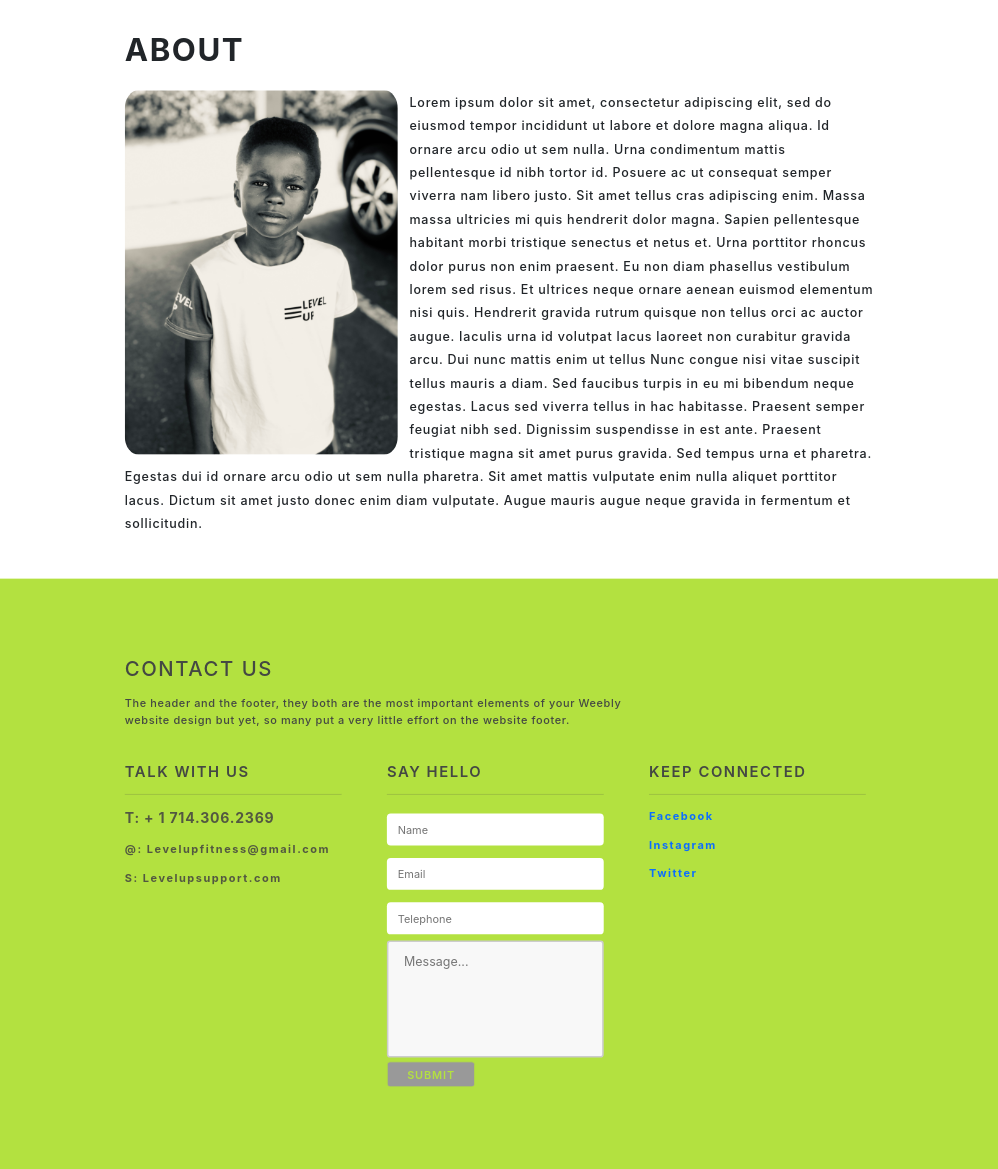
Repository: Bojurie/Level-up
Page: /about (app in client/)
An editor plug-in stored every save of this project. The page is shown before and after the next save, followed by the edit.
The browser window is 1280 px wide. The pictures show the part of the page from y = 346 to 1845 px (the page is 1845 px tall), at 78% of full size.
Some web fonts or font styles are not loaded; a fallback is used. Some web libraries are served in a nearby version. The project was rebuilt for these pictures with package versions that can differ from the ones it lists, and the page was loaded fresh each time. Also part of the build but not shown: client/src/components/Carousel.js, client/src/components/HomeVlog.css, client/src/components/HomeVlog.js, client/src/components/homeProducts.css, client/src/components/HomeProducts.js, client/src/components/Card.js, client/src/components/HomeShop.css, client/src/components/HomeShop.js and 10 more. Imported but missing from the stored project, and not drawn on this page: client/src/components/Chart.

Above is the page before, as saved 2022-11-30 04:14:37.

### client/public/index.html
<!DOCTYPE html>
<html lang="en">
  <head>
    <meta charset="utf-8" />
    <link rel="icon" href="%PUBLIC_URL%/favicon.ico" />
    <meta name="viewport" content="width=device-width, initial-scale=1" />
    <meta name="theme-color" content="#000000" />
    <meta
      name="description"
      content="Web site created using create-react-app"
    />
    <link rel="apple-touch-icon" href="%PUBLIC_URL%/logo192.png" />
    <link rel="manifest" href="%PUBLIC_URL%/manifest.json" />

    <link rel="preconnect" href="https://fonts.googleapis.com" />
    <link rel="preconnect" href="https://fonts.gstatic.com" crossorigin />
    <link
      href="https://fonts.googleapis.com/css2?family=Asap+Condensed:ital,wght@0,400;0,500;1,400&family=Chivo:wght@300;400&family=Jura:wght@300;400;500;600;700&family=Lato:ital,wght@0,400;0,700;1,400&family=Nunito+Sans:wght@400;600&family=Oswald:wght@300;500;700&family=Playball&family=Roboto:ital,wght@0,400;0,500;1,500&family=Wallpoet&display=swap"
      rel="stylesheet"
    />

    <link
      rel="stylesheet"
      href="https://cdn.jsdelivr.net/npm/bootstrap@5.1.3/dist/css/bootstrap.min.css"
      integrity="sha384-1BmE4kWBq78iYhFldvKuhfTAU6auU8tT94WrHftjDbrCEXSU1oBoqyl2QvZ6jIW3"
      crossorigin="anonymous"
    />
    <script
      src="https://kit.fontawesome.com/5ffdb52964.js"
      crossorigin="anonymous"
    ></script>
    <title>React App</title>
    <script
      src="https://kit.fontawesome.com/5ffdb52964.js"
      crossorigin="anonymous"
    ></script>
  </head>
  <body>
    <noscript>You need to enable JavaScript to run this app.</noscript>
    <div id="root"></div>
    <!--
      This HTML file is a template.
      If you open it directly in the browser, you will see an empty page.

      You can add webfonts, meta tags, or analytics to this file.
      The build step will place the bundled scripts into the <body> tag.

      To begin the development, run `npm start` or `yarn start`.
      To create a production bundle, use `npm run build` or `yarn build`.
    -->
  </body>
</html>

### client/src/App.js
import React from 'react';
// import { BrowserRouter as Router, Route, Routes } from 'react-router-dom';
import { BrowserRouter as Router, Route, Routes} from 'react-router-dom'


import Home from './pages/Home';
import About from './pages/About';
import Shop from './pages/Shop';
import Contact from './pages/Contact';
import Navbar from './components/Navbar';
import Footer from './components/Footer';
import LogIn from './pages/LogIn';
import Register from './pages/Register';
import Chart from './components/Chart';
import Vlog from './pages/Vlog';

import {DataProvider} from './components/Context'


function App() {

  return (
        <Router>
          <DataProvider>
          <Navbar />
          <Routes>
              <Route path='/' element={<Home />} />
              <Route path='/about' element={<About />} />
              <Route path='/contact' element={<Contact />} />
              <Route path='/shop' element={<Shop />} />
              <Route path='/vlog' element={<Vlog />} />
              <Route path='/login' element={<LogIn/>} />
              <Route path='/register' element={<Register />} />
              <Route path='/chart' element={<Chart/>} />
          </Routes>
          <Footer />
          </DataProvider>
        </Router>
  );
}

export default App;

### client/src/pages/About.js
import React from 'react';
import './About.css';

import DarkImage from '../images/IMG_5367.jpg'
import { FormTitle } from '../components/FormTitle';
const imgse = DarkImage;

const About = () => {
  const paragraph = "Lorem ipsum dolor sit amet, consectetur adipiscing elit, sed do eiusmod tempor incididunt ut labore et dolore magna aliqua. Id ornare arcu odio ut sem nulla. Urna condimentum mattis pellentesque id nibh tortor id. Posuere ac ut consequat semper viverra nam libero justo. Sit amet tellus cras adipiscing enim. Massa massa ultricies mi quis hendrerit dolor magna. Sapien pellentesque habitant morbi tristique senectus et netus et. Urna porttitor rhoncus dolor purus non enim praesent. Eu non diam phasellus vestibulum lorem sed risus. Et ultrices neque ornare aenean euismod elementum nisi quis. Hendrerit gravida rutrum quisque non tellus orci ac auctor augue. Iaculis urna id volutpat lacus laoreet non curabitur gravida arcu. Dui nunc mattis enim ut tellus   Nunc congue nisi vitae suscipit tellus mauris a diam. Sed faucibus turpis in eu mi bibendum neque egestas. Lacus sed viverra tellus in hac habitasse. Praesent semper feugiat nibh sed. Dignissim suspendisse in est ante. Praesent tristique magna sit amet purus gravida. Sed tempus urna et pharetra. Egestas dui id ornare arcu odio ut sem nulla pharetra. Sit amet mattis vulputate enim nulla aliquet porttitor lacus. Dictum sit amet justo donec enim diam vulputate. Augue mauris augue neque gravida in fermentum et sollicitudin."
  return (
    <div className='about'>
    <FormTitle className="sign-in-form__title" text="About Us " />
      <div className=''>
          <div className='aboutContainer'>
            <h1>About</h1>
            <div className='aboutContent'>
              <div className='aboutParagraph'>
                <img src={imgse} alt='pic '/>
                <p>{paragraph}</p>
              </div>
            </div>
          </div>
      </div>
    </div>
  );
}

export default About;

### client/src/components/Navbar.js
import React from 'react';
import { Link } from 'react-router-dom';

import './Navbar.css'
import Logo from '../images/Logo.png'



const Navbar = () => {
  return (
    <nav className='navbar'>
      <div className='navbar-wrapper'>
        <Link to='/' className='logo'>
            <img src={Logo} alt='logo' />
        </Link>
        <ul className='navbar-links'>
            <Link to='/' >Home </Link>
            <Link to='/shop'> Shop</Link>
            <Link to='/Vlog'> V-Log</Link>
            <Link to='/about'> About</Link>
            <Link to='/contact'> Contact</Link>
            <Link to='/login'> Login </Link>
            <Link to='/register'>SignUp</Link>
            <Link to='/chart'><i class="fa-solid fa-cart-shopping"></i></Link>

        </ul>
      </div>

    </nav>
  );
}

export default Navbar;

### client/src/components/Footer.js
import React from 'react';
import { Link } from 'react-router-dom';
  import { FontAwesomeIcon } from '@fortawesome/react-fontawesome'
  import { instagram } from '@fortawesome/free-solid-svg-icons'

import './Footer.css';

const Footer = () => {
  return (
    <div className='footer'>
      <div className='footer-wrapper'>
        <div className='footer-header-wrapper'>
          <div className='footer-header'>
            <h1>Contact Us</h1>
          </div>
          <div className='footer-paragraph'>
            <p>The header and the footer, they both are the most important elements of your Weebly website design but yet, so many put a very little effort on the website footer.</p>
          </div>

        </div>
        <div className='footer-nav-content'>
            <div className='footer-navs-left'>
              <h3>Talk With Us</h3><hr/>
              <div className='footer-contact'>
                <div className='tel'>
                  <p>T: + 1 714.306.2369</p>
                </div>
                <div className='email'>
                  <p>@: Levelupfitness@gmail.com</p>
                </div>
                <div className='support'>
                  <p>S: Levelupsupport.com</p>
                </div>

              </div>

            </div>
            <div className='footer-navs-middle'>
                <h3>Say Hello</h3><hr/>
              <div className='footer-form'>

                  <form className='form'>
                    <input type='text' placeholder=' Name' />
                    <input type='text' placeholder=' Email' />
                    <input type='text' placeholder=' Telephone' />
                    <textarea placeholder='Message...' />
                  </form>
                  <div className='form-btn'>
                    <input type='submit' placeholder='' />
                  </div>

              </div>
            </div>
            <div className='footer-navs-right'>
              <h3>Keep Connected</h3><hr/>
              <div className='social-media'>
                <p><Link to='/'>Facebook</Link></p>
                <p><Link to='/'><FontAwesomeIcon icon="fa-brands fa-instagram" /> Instagram</Link></p>
                <p><Link to='/'>Twitter</Link></p>

              </div>

            </div>
        </div>


      </div>
    </div>
  );
}

export default Footer;

### client/src/components/Context.js
import React,{Component} from 'react';
export const DataContext = React.createContext();

export class DataProvider extends Component {
  constructor(props) {
    super(props)

    this.state = {
       products: [
         {
          "_id": "1",
          "title": "Level-Up Sweat Pant",
          "src": "https://images.unsplash.com/photo-1618354691373-d851c5c3a990?ixlib=rb-1.2.1&ixid=MnwxMjA3fDB8MHxwaG90by1wYWdlfHx8fGVufDB8fHx8&auto=format&fit=crop&w=658&q=80",
          "description": "Classic fit for running and outdoor activities.",
          "price": 39,
          "colors": ["red", "blue", "black"],
          "count": 2,
         },
         {
          "_id": "2",
          "title": "Kids Level-Up SweatPant",
          "src": "https://images.unsplash.com/flagged/photo-1555895312-bbc472c964f3?ixlib=rb-1.2.1&ixid=MnwxMjA3fDB8MHxwaG90by1wYWdlfHx8fGVufDB8fHx8&auto=format&fit=crop&w=388&q=80",
          "description": "Kids track sweatsuit for running or leisure activities",
          "price": 20,
          "colors": ["red", "blue", "black"],
          "count": 2,
         },
         {
          "_id": "3",
          "title": "Level Up Tank Top",
          "src": "https://images.unsplash.com/photo-1618354691373-d851c5c3a990?ixlib=rb-1.2.1&ixid=MnwxMjA3fDB8MHxwaG90by1wYWdlfHx8fGVufDB8fHx8&auto=format&fit=crop&w=658&q=80",
          "description": "description",
          "price": 20,
          "colors": ["red", "blue", "black"],
          "count": 2,
         },
         {
          "_id": "4",
          "title": "Level Up T-Shirt",
          "src": "https://images.unsplash.com/photo-1618354691373-d851c5c3a990?ixlib=rb-1.2.1&ixid=MnwxMjA3fDB8MHxwaG90by1wYWdlfHx8fGVufDB8fHx8&auto=format&fit=crop&w=658&q=80",
          "description": "description",
          "price": 20,
          "colors": ["red", "blue", "black"],
          "count": 2,
         },
         {
          "_id": "5",
          "title": "Level Up Sweater",
          "src": "https://images.unsplash.com/photo-1618354691373-d851c5c3a990?ixlib=rb-1.2.1&ixid=MnwxMjA3fDB8MHxwaG90by1wYWdlfHx8fGVufDB8fHx8&auto=format&fit=crop&w=658&q=80",
          "description": "description",
          "price": 20,
          "colors": ["red", "blue", "black"],
          "count": 2,
         },
         {
          "_id": "6",
          "title": "Level Up Embroidery Shirt",
          "src": "https://images.unsplash.com/photo-1618354691373-d851c5c3a990?ixlib=rb-1.2.1&ixid=MnwxMjA3fDB8MHxwaG90by1wYWdlfHx8fGVufDB8fHx8&auto=format&fit=crop&w=658&q=80",
          "description": "description",
          "price": 20,
          "colors": ["red", "blue", "black"],
          "count": 2,
         },
       ]
    }
  }

  render(){
    const {products} = this.state;
    return(
      <DataContext.Provider value={{products}}>
        {this.props.children}
      </DataContext.Provider>
    )
  }
}
export default DataProvider;

### client/src/pages/About.css


.aboutContainer h1 {
  padding: 0 0 20px 0;
  text-transform: uppercase;
  font-weight: bold;
  letter-spacing: 2px;
}

.aboutContainer {
  padding: 40px 160px;
}

.aboutParagraph p {
  letter-spacing: 1px;
  line-height: 30px;
  font-weight: 500;
}

.aboutParagraph img {
 width: 350px;
  border-radius: 5%;
  float: left;
  margin: 0 15px 0 0;
}

/* .aboutContent {
  display: flex;
  width: 100%;
} */

### client/src/components/FormTitle.js
import React from "react";
import './FormTitle.css';

export function FormTitle(props) {
  const { className, text } = props;
  return <h1 className={`${className} form-title`}>{text}</h1>;
}

### client/src/components/Navbar.css
.logo img {
  width: 250px;
}

.navbar {
  padding-top: 0;
  display: contents;
}

.navbar-wrapper {
  display: flex;
  /* justify-content: center; */
  align-items: center;
  height: 90px;
  background: #b3e140;
  padding: 0 50px;
  justify-content: space-between;
}

.navbar-links {
  margin-bottom: 0;
}

.navbar-links a {
  font-size: 14px;
  letter-spacing: 2px;
  font-weight: 700;
  text-transform: uppercase;
  margin: 0 10px;
  color: rgb(68, 72, 67);

}

a {
  list-style: none;
  text-decoration: none;
}

### client/src/components/Footer.css
.footer {
  background-color: #b3e140;
      font-size: 14px;
    letter-spacing: 2px;
    font-weight: 700;

    color: rgb(68, 72, 67);
}
.footer-header h1 {
 font-size: 26px;
 text-transform: uppercase;
 letter-spacing: 2px;
}

.footer-navs {
  text-decoration: none;
  list-style-type: none;

}
.footer-navs li{
  padding: 10px 0;
  letter-spacing: 1px;
  text-transform: uppercase;
  font-weight: 600;

}
.footer-wrapper {
  padding: 100px 160px;
}

.footer-contact {



}
.footer-nav-content p {
 color: #424141db;
}
.footer-contact > .tel p{
    font-size: 18px;
    letter-spacing: 1px;

}
.footer-contact > .email p{
    font-size: 14px;
    /* letter-spacing: 2px; */
}
.footer-contact > .support p{
    font-size: 14px;
    letter-spacing: 2px;
}
.footer-paragraph {
  width: 70%;
  letter-spacing: .8px;
  font-weight: 500;
  padding: 10px 0;
}
.footer-wrapper h3{
 text-transform: uppercase;
 letter-spacing: 2px;
 font-size: 19px;
 font-weight: 600;

}

.footer-nav-content {
  display: flex;
  justify-content: space-between;
}



.footer-navs-left,
.footer-navs-middle,
.footer-navs-right{

  padding: 20px 10px 0 0;
  border-radius: 10px;
}

.footer-form {
  background-color: none !important;
}

/* footer Left section */
.footer-navs-left {
  width: 30%;
}

/* footer Middle section */
.footer-navs-middle {
 width: 30%;
}

.form {
  display: grid;
}
.form input {
  padding: 10px ;
  margin: 8px 0;
  border-radius: 5px;
  border: none;
}
.form input:focus {
  border: none;
}

.form textarea {
   width: 100%;
  height: 150px;
  padding: 12px 20px;
  box-sizing: border-box;
  border: 2px solid #ccc;
  border-radius: 4px;
  background-color: #f8f8f8;
  font-size: 16px;
  resize: none;
}
.form input:active {

  border: 1px solid rgb(241, 234, 234);

}
.form-btn {

}
.form-btn input {
     padding: 5px 25px;
    margin: 5px 0;
    border-radius: 4px;
    background-color: #999999;
    border: 1px solid  #b3e140;
    color: #b3e140;
    letter-spacing: 1.1px;
    font-weight: 600;
    text-transform: uppercase;
}

.footer-navs-right {
  width: 30%;
}

### client/src/components/Carousel.css
 .d-block {
   width: 100%;
   /* object-fit: cover; */
   /* object-position: 50% 50%; */
   /* background-size: contain;
   background-repeat: no-repeat; */
 }


 img {

   max-width: 100%;
   max-height: 100%;
   object-fit: cover;
   background-repeat: no-repeat;
 }

 .carousel-item img {
   width: 1000px;
   height: 500px;
 }

 .carousel-caption {
   top: 50%;
 }

 .carousel {
   object-fit: contain;
 }

### client/src/components/FormTitle.css
.form-title {
  font-size: 3rem;
  font-weight: 700;
  line-height: 2rem;
  margin: auto 0;
  color: white;
  background-image: url('https://images.unsplash.com/photo-1581397867105-8c988bd747e6?ixlib=rb-4.0.3&ixid=MnwxMjA3fDB8MHxwaG90by1wYWdlfHx8fGVufDB8fHx8&auto=format&fit=crop&w=1170&q=80') ;
    background-repeat: no-repeat;
  background-position: center;
  background-size: cover;
  padding: 7rem 0 7rem 10rem;
  letter-spacing: 5px;
  text-transform: uppercase;
  display: flex;
  justify-content: flex-start;

}
.form-title h1{


}


.shopForm-title {
 font-size: 3rem;
  font-weight: 700;
  line-height: 2rem;
  letter-spacing: 5px;
  text-transform: uppercase;
  display: flex;
  margin: auto 0;
   background-image: url('https://images.unsplash.com/photo-1581397867105-8c988bd747e6?ixlib=rb-4.0.3&ixid=MnwxMjA3fDB8MHxwaG90by1wYWdlfHx8fGVufDB8fHx8&auto=format&fit=crop&w=1170&q=80') ;
    background-repeat: no-repeat;
  background-position: center;
  background-size: cover;

  padding: 7rem 0 7rem 10rem;
  justify-content: flex-start;

}
.FormTitleLogin-title {
  font-size: 3rem;
  font-weight: 700;
  line-height: 2rem;
  padding: 6rem 0;
  letter-spacing: 5px;
  text-transform: uppercase;
  display: flex;
  justify-content: center;
  margin: auto 0;
   background-image: url('https://images.unsplash.com/photo-1609770231080-e321deccc34c?ixlib=rb-4.0.3&ixid=MnwxMjA3fDB8MHxwaG90by1wYWdlfHx8fGVufDB8fHx8&auto=format&fit=crop&w=765&q=80') ;
    background-repeat: no-repeat;
  background-position: center;
  background-size: cover;

}
.ContactForm-title {
 font-size: 3rem;
  font-weight: 700;
  line-height: 2rem;
  text-transform: uppercase;
  display: flex;
  margin: auto 0;
   background-image: url('https://images.unsplash.com/photo-1587560699334-bea93391dcef?ixlib=rb-4.0.3&ixid=MnwxMjA3fDB8MHxwaG90by1wYWdlfHx8fGVufDB8fHx8&auto=format&fit=crop&w=1170&q=80') ;
    background-repeat: no-repeat;

 padding: 7rem 0 7rem 10rem;
  letter-spacing: 5px;
  justify-content: flex-start;

}
.RegisterForm-title {
  font-size: 3rem;
  font-weight: 700;
  line-height: 2rem;
  padding: 6rem 0;
  letter-spacing: 5px;
  text-transform: uppercase;
  display: flex;
  justify-content: center;
  margin: auto 0;
   background-image: url('https://images.unsplash.com/photo-1563906267088-b029e7101114?ixlib=rb-4.0.3&ixid=MnwxMjA3fDB8MHxwaG90by1wYWdlfHx8fGVufDB8fHx8&auto=format&fit=crop&w=1170&q=80') ;
    background-repeat: no-repeat;
  /* background-position: bottom; */
  /* background-size: cover; */
    /* background-attachment: */


}
.VlogForm_title h1{


}
.VlogForm_title {
  /* font-size: 3rem;
  font-weight: 700;
  line-height: 2rem; */
  padding: 7rem 0 7rem 10rem;
  letter-spacing: 5px;
  text-transform: uppercase;
  display: flex;
  justify-content: flex-start;
  margin: auto 0;
   background-image: url('https://images.unsplash.com/photo-1440778303588-435521a205bc?ixlib=rb-4.0.3&ixid=MnwxMjA3fDB8MHxwaG90by1wYWdlfHx8fGVufDB8fHx8&auto=format&fit=crop&w=1470&q=80') ;
    background-repeat: no-repeat;
  background-position: center;
  background-size: cover;

}

@media screen and (max-width: 414px) {
  .form-title {
    padding: 4rem 1rem;

  }

}

### client/src/components/auth/LoginForm.css
.loginForm-wrapper {
  text-align: center;
    justify-content: center;
    width: 600px;
    margin: auto;
    padding: 90px 0;

}
.login-header {
  text-transform: uppercase;
  letter-spacing: 2px;
  font-weight: 600;
}


form {
  display: grid;
}

.loginForm-header {
  font-size: 20px;
}

.loging
form input {
  margin: 5px 0;
  padding: 10px;
  border-radius: 10px;
  border: 1px solid white;
  background-color: rgba(243, 247, 255, 0.715) !important;
}
form input:focus{
  border: 2px solid green;
}
form > .loginBtn > input{
  padding: 8px;
  width: 100%;
  background-color:#999999!important;
  color: #ccf368;
  font-weight: 700;
  border: none;
  margin:5px 0 ;
  font-size: 20px;
  letter-spacing: 3px;
}

### client/src/components/auth/registerForm.css

.registerForm-wrapper {
  text-align: center;
    justify-content: center;
    width: 600px;
    margin: auto;
    padding: 90px 0;

}
.login-header {
  text-transform: uppercase;
  letter-spacing: 2px;
  font-weight: 600;
}


form {
  display: grid;
}

.loginForm-header {
  font-size: 20px;
}

.register
form input {
  margin: 5px 0;
  padding: 10px;
  border-radius: 10px;
  border: 1px solid white;

}
form input:focus{
  border: 2px solid green;
}
form > .loginBtn > input{
  padding: 8px;
  width: 100%;
  background-color: #b3e140 !;
  border: none;
  margin:5px 0 ;
}

Loaded but not shown: client/src/index.js (common file); client/src/index.css (common file)

After the next save:
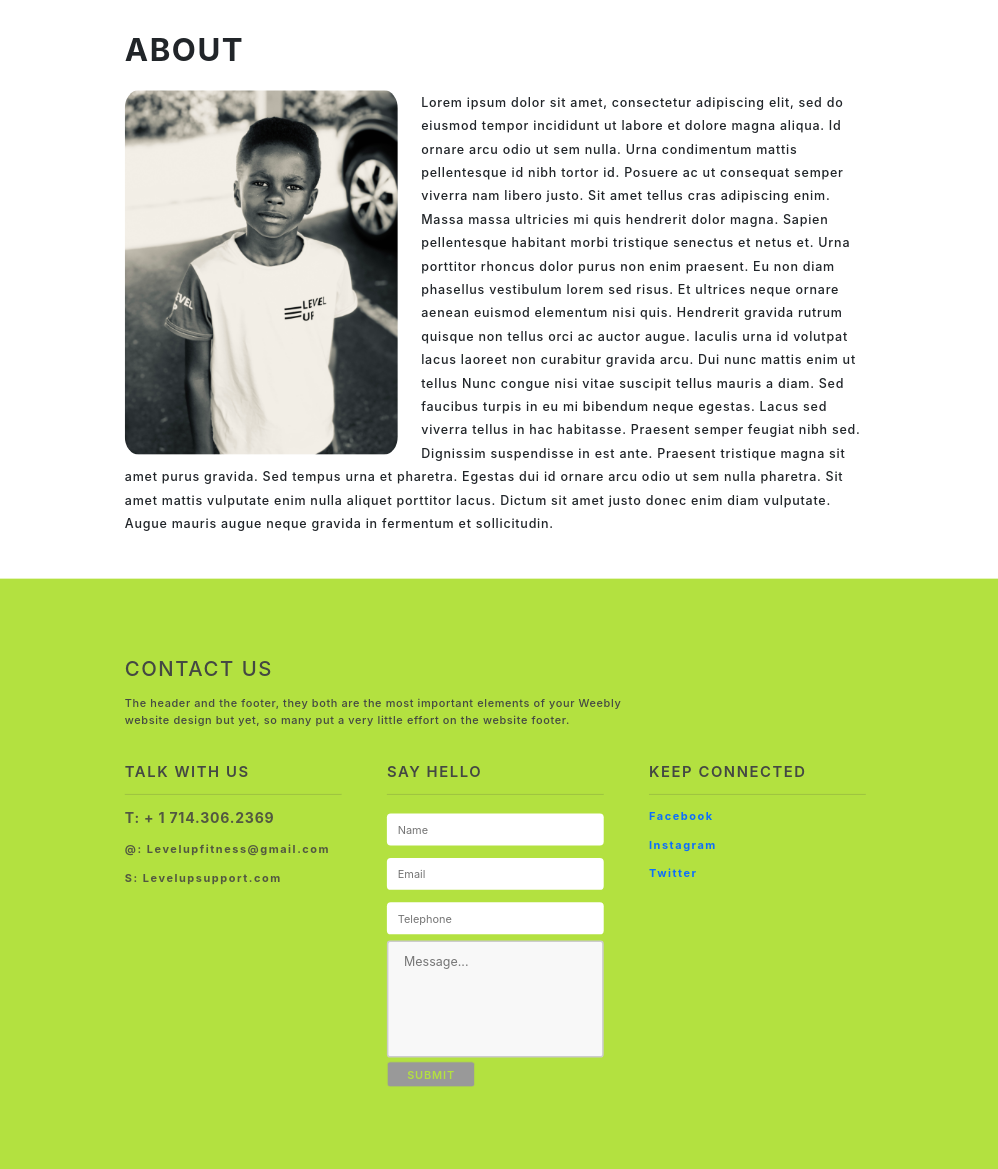
Saved 43 s later.
--- a/client/src/pages/About.css
+++ b/client/src/pages/About.css
@@ -21,7 +21,7 @@
  width: 350px;
   border-radius: 5%;
   float: left;
-  margin: 0 15px 0 0;
+  margin: 0 30px 0 0;
 }
 
 /* .aboutContent {
